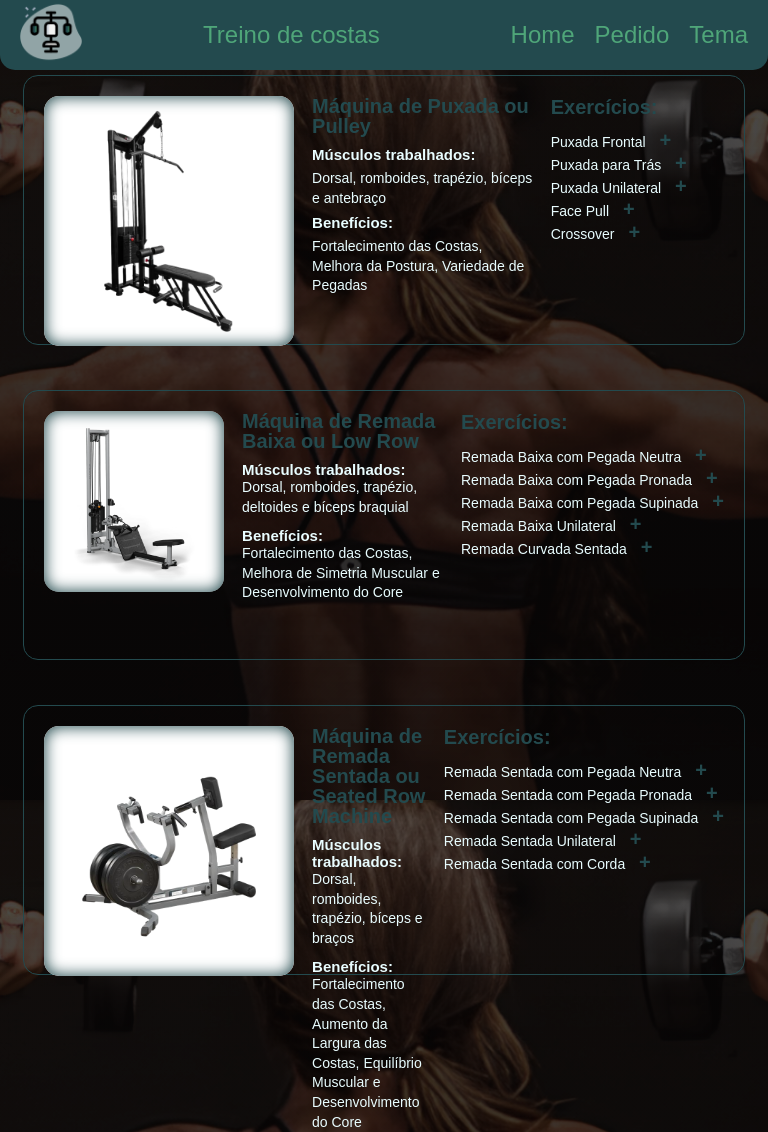
Repository: Marinalr-25/Projeto-Aparelhos-de-Academia
Page: costas.html
These files come from the project's save history. The page is drawn as it stood at one moment and after the next save; the edit follows.
The browser window is 768 px wide. The pictures show the whole page.
Backgrounds fixed to the window are drawn as part of the page.

Above is the page before, as saved 2025-01-06 17:05:22.
Console error: TypeError: Cannot read properties of null (reading 'addEventListener')

After the next save:
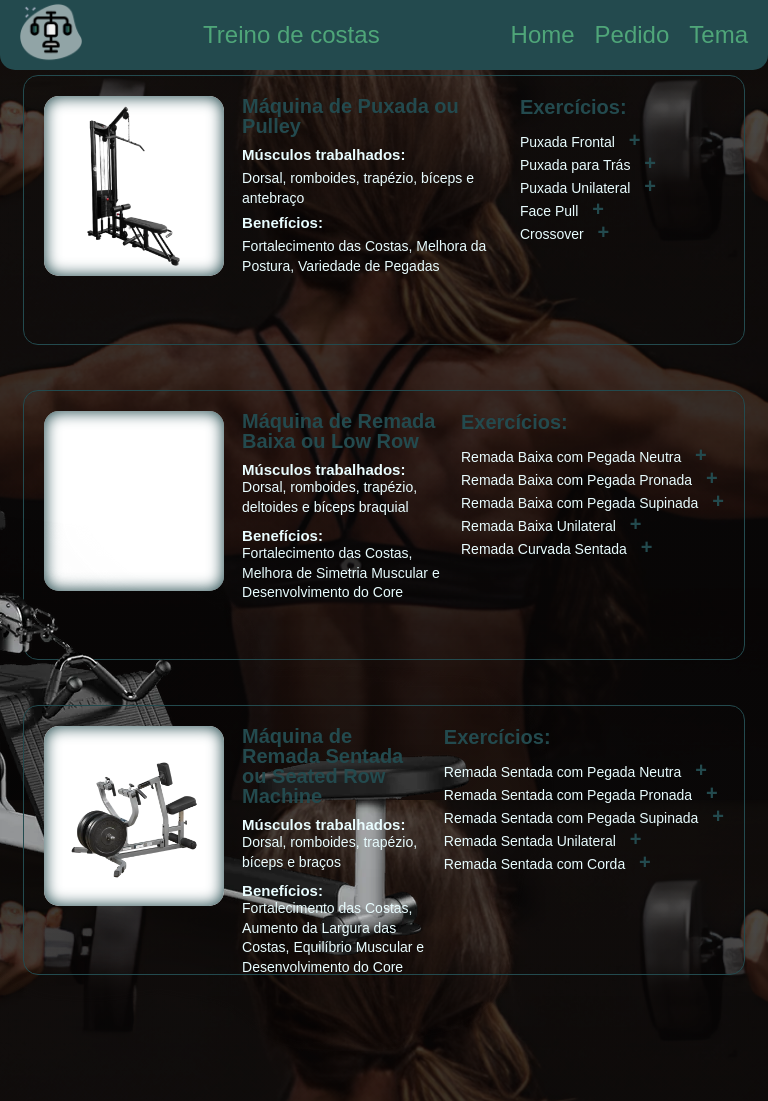
Saved 36 s later.
--- a/css/media-990.css
+++ b/css/media-990.css
@@ -9,7 +9,10 @@
           height: 27rem;
           gap: 1.8rem;
 
-          & .img-maquinas img {
+          & .img-maquinas {
+            display: flex;
+            align-items: center;
+            justify-content: center;
             width: 18rem;
             height: 18rem;
           }

After the save that followed:
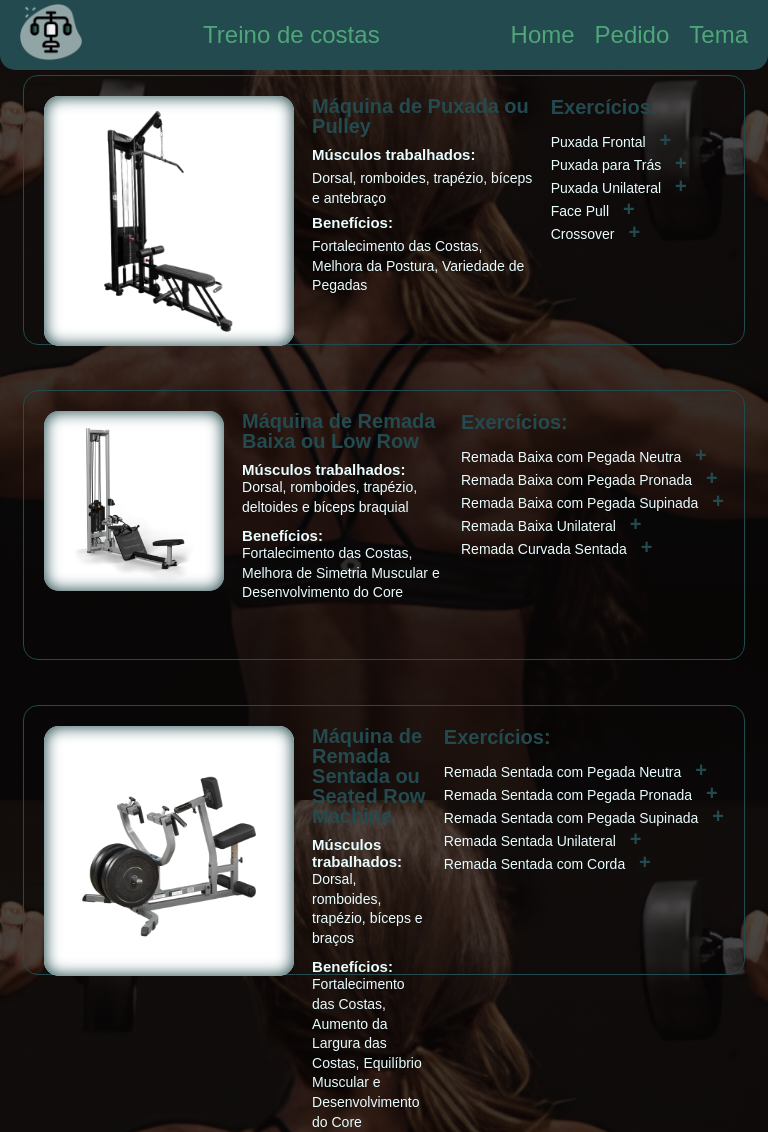
Saved 12 s later.
--- a/css/media-990.css
+++ b/css/media-990.css
@@ -13,8 +13,10 @@
             display: flex;
             align-items: center;
             justify-content: center;
-            width: 18rem;
-            height: 18rem;
+            & img {
+              width: 18rem;
+              height: 18rem;
+            }
           }
 
           & .informacoes {
